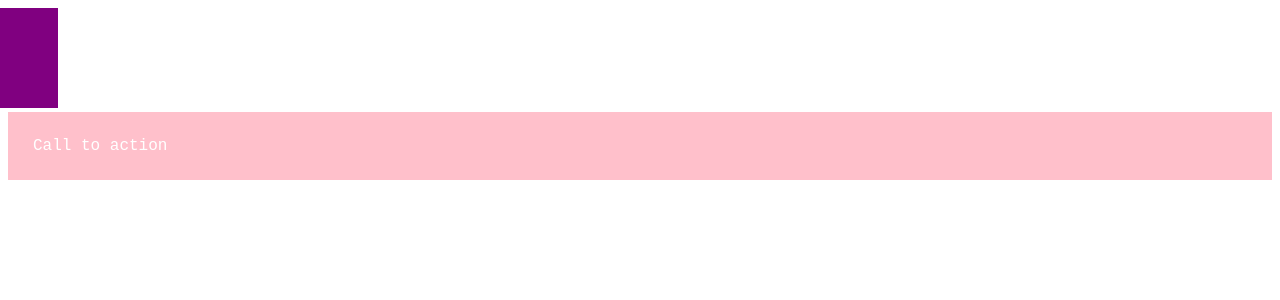
Repository: 16-Doffy/howtouse-htmlcss
Page: center_code/index.html
The author's editor kept a copy of each file at every save. The page is drawn from the files as they stood at one save, then again after the next save.
The browser window is 1280 px wide. The pictures show the whole page.

Above is the page before, as saved 2024-12-18 23:54:36.

### center_code/index.html
<!DOCTYPE html>
<html lang="en">

<head>
    <meta charset="UTF-8">
    <meta name="viewport" content="width=device-width, initial-scale=1.0">
    <link rel="stylesheet" href="styles.css">
    <title>Code Center</title>
</head>

<body>

        <div class="boxed"></div>
    <div class="button">Call to action</div>
</body>

</html>

### center_code/styles.css
.boxed{
  width: 100px;
  height: 100px;
  background-color: purple;
  display: inline-block;
  position: relative;
  transform: translate(-50%, 0);
  text-align: center;
}
.boxed-parent{

}
.button{
  padding: 25px;
  font-family: 'Courier New', Courier, monospace;
  color: white;
  background-color: pink;
}

After the next save:
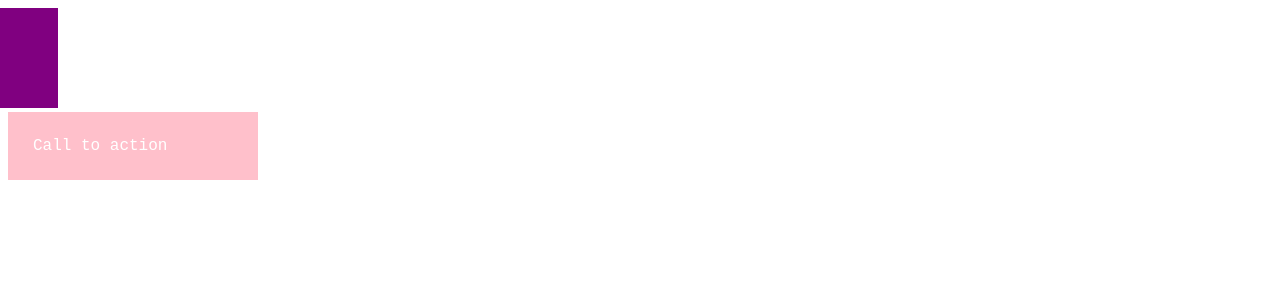
Saved 17 s later.
--- a/center_code/styles.css
+++ b/center_code/styles.css
@@ -15,4 +15,6 @@
   font-family: 'Courier New', Courier, monospace;
   color: white;
   background-color: pink;
+  display: block;
+  max-width: 200px;
 }
